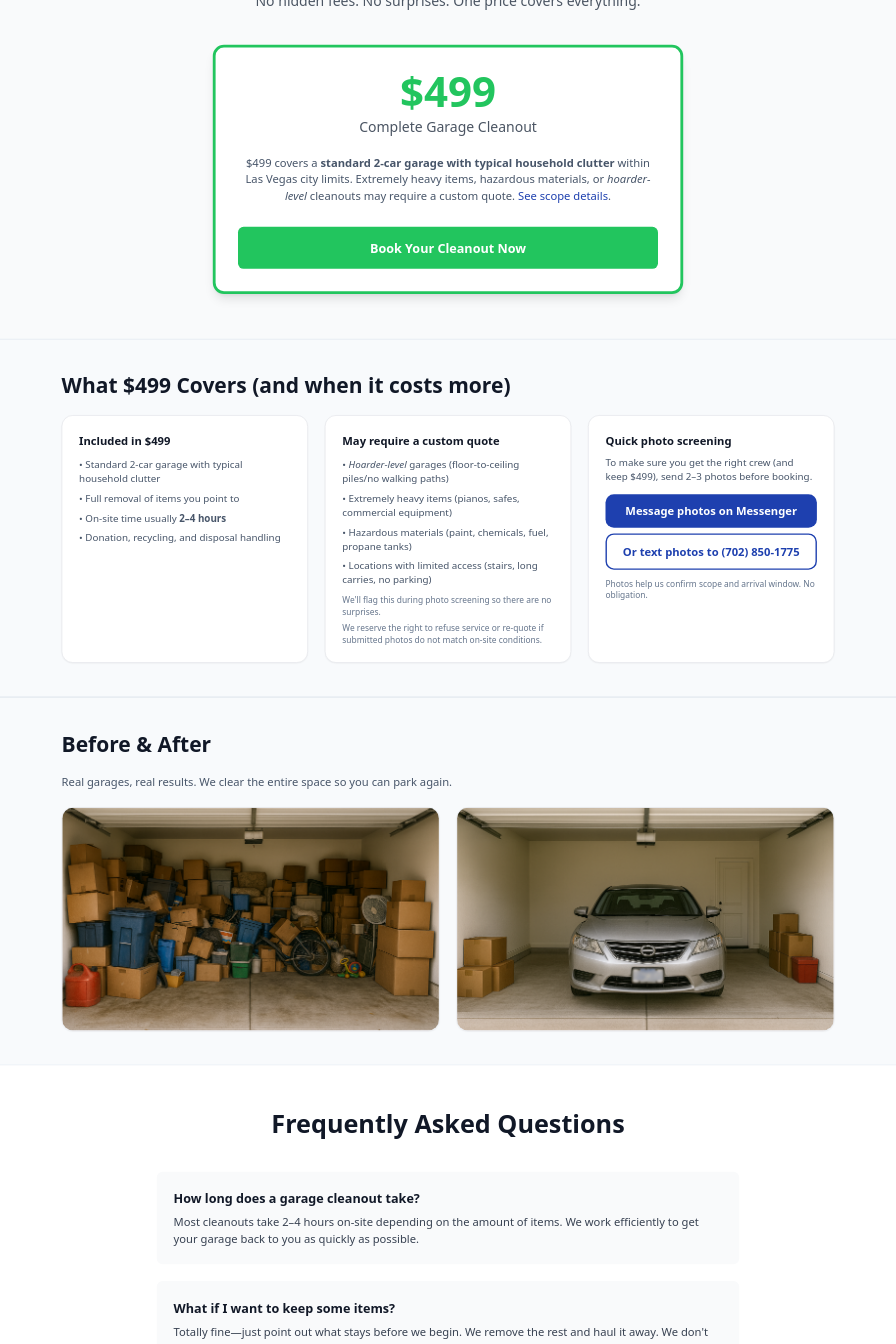
Repository: nikwhite1169/garagegone
Page: index.html
These files come from the project's save history. The page is drawn as it stood at one moment and after the next save; the edit follows.
The browser window is 1280 px wide. The pictures show the part of the page from y = 1320 to 3240 px (the page is 5340 px tall before and 5316 px after), at 70% of full size.
Some web libraries are served in a nearby version.

Above is the page before, as saved 2025-09-16 00:18:33.

After the next save:
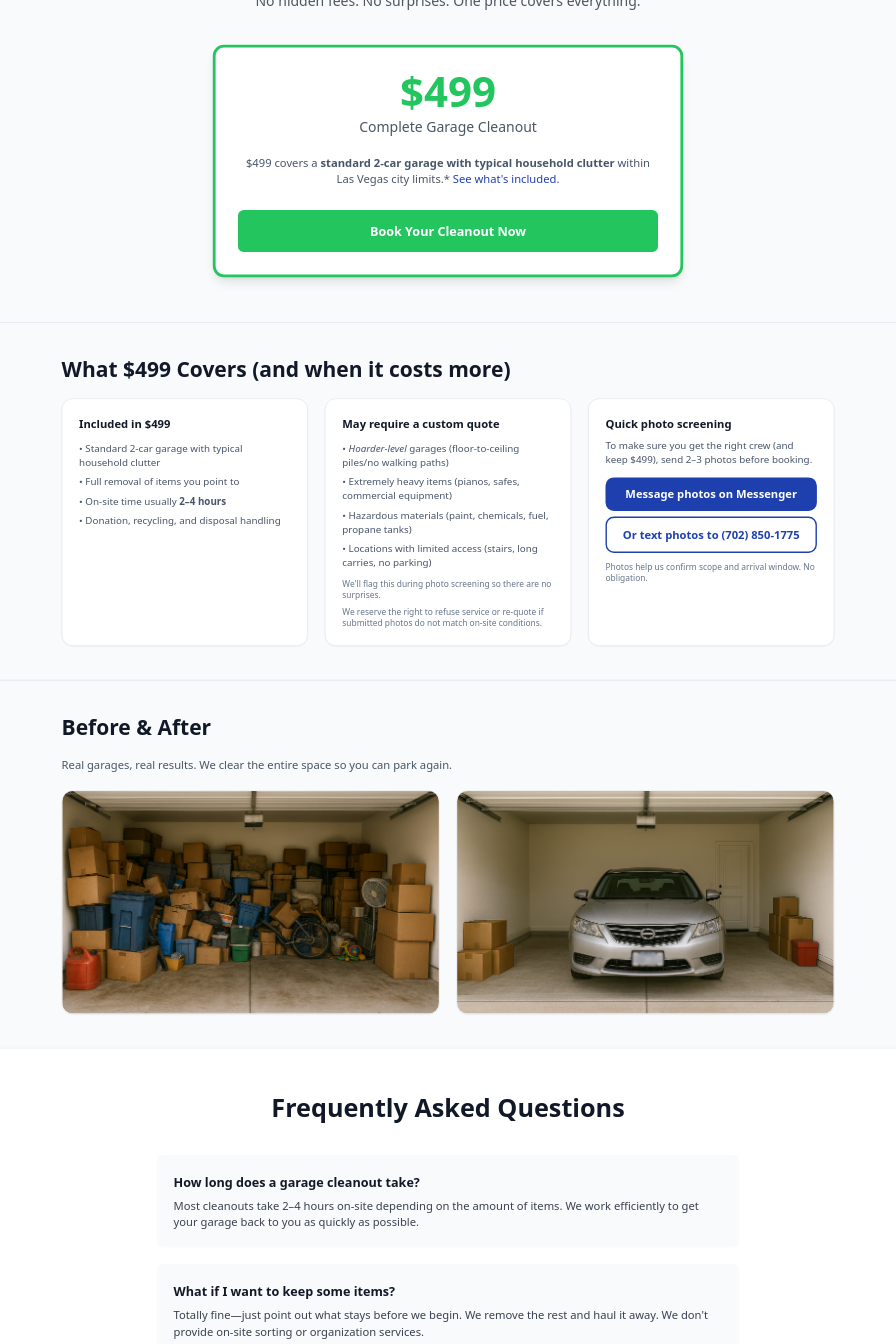
Saved 3 min 57 s later.
--- a/index.html
+++ b/index.html
@@ -227,9 +227,8 @@
                         <div class="text-xl text-gray-600 mb-6">Complete Garage Cleanout</div>
 
                         <p class="mt-2 text-slate-600">
-                          $499 covers a <strong>standard 2-car garage with typical household clutter</strong> within Las Vegas city limits.
-                          Extremely heavy items, hazardous materials, or <em>hoarder-level</em> cleanouts may require a custom quote.
-                          <a href="#scope" class="text-blue-800 hover:underline">See scope details</a>.
+                          $499 covers a <strong>standard 2-car garage with typical household clutter</strong> within Las Vegas city limits.*
+                          <a href="#scope" class="text-blue-800 hover:underline">See what's included</a>.
                         </p>
                         <div class="mb-8"></div>
 
